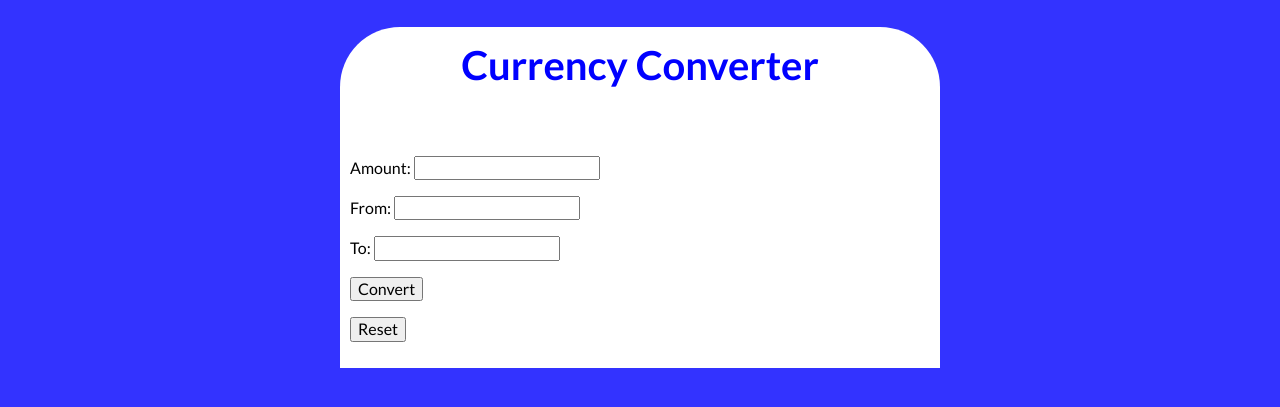
Repository: kkasperczyk/currency-converter
Page: index.html
The author's editor kept a copy of each file at every save. The page is drawn from the files as they stood at one save, then again after the next save.
The browser window is 1280 px wide. The pictures show the whole page.

Above is the page before, as saved 2020-06-15 22:28:05.

After the next save:
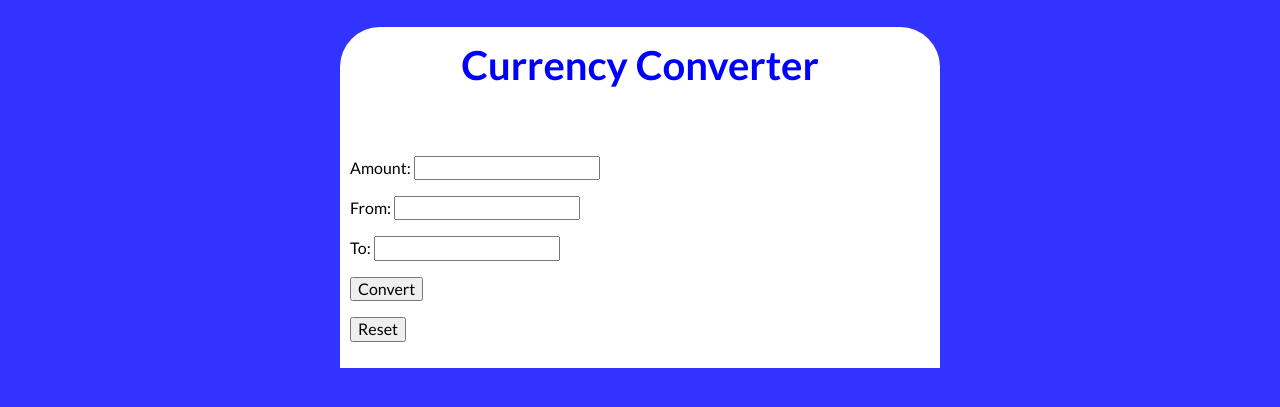
Saved 24 s later.
--- a/css/container.css
+++ b/css/container.css
@@ -2,5 +2,5 @@
     max-width: 600px;
     margin: 0 auto;
     background-color: white;
-    border-radius: 60px;
+    border-radius: 40px;
 }
